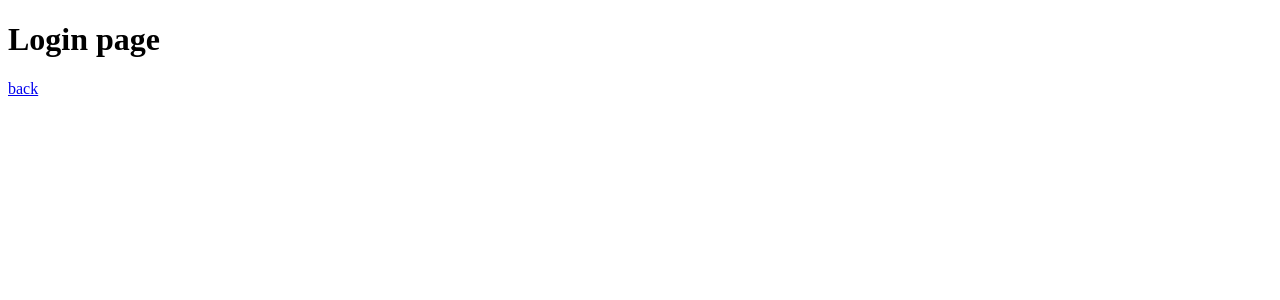
Repository: aayush105/Advance-Java
Page: http://localhost/webtestdem/login.jsp
An editor plug-in stored every save of this project. The page is shown before and after the next save, followed by the edit.
The browser window is 1280 px wide. The pictures show the whole page.
The page is served by Tomcat 10.

Above is the page before, as saved 2023-07-19 11:16:13.

After the next save:
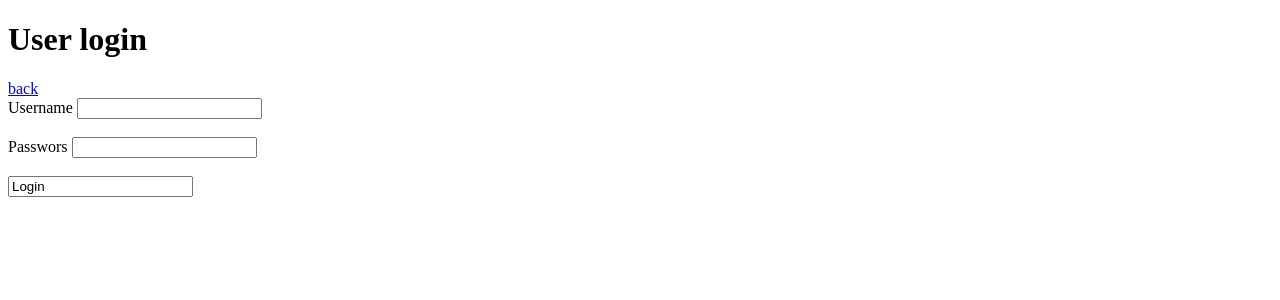
Saved 4 min 6 s later.
--- a/webtestdem/src/main/webapp/login.jsp
+++ b/webtestdem/src/main/webapp/login.jsp
@@ -4,10 +4,19 @@
 <html>
 <head>
 <meta charset="UTF-8">
-<title>Insert title here</title>
+<title>Login</title>
 </head>
 <body>
-<h1>Login page</h1>
+
+<h1>User login</h1>
 <a href="index.jsp">back</a>
+
+<form action="" method="POST">
+	Username <input type="text" name="username"> <br><br>
+	Passwors <input type="password" name="password"> <br><br>
+
+		<input types="submit" value="Login">
+
+</form>
 </body>
 </html>
